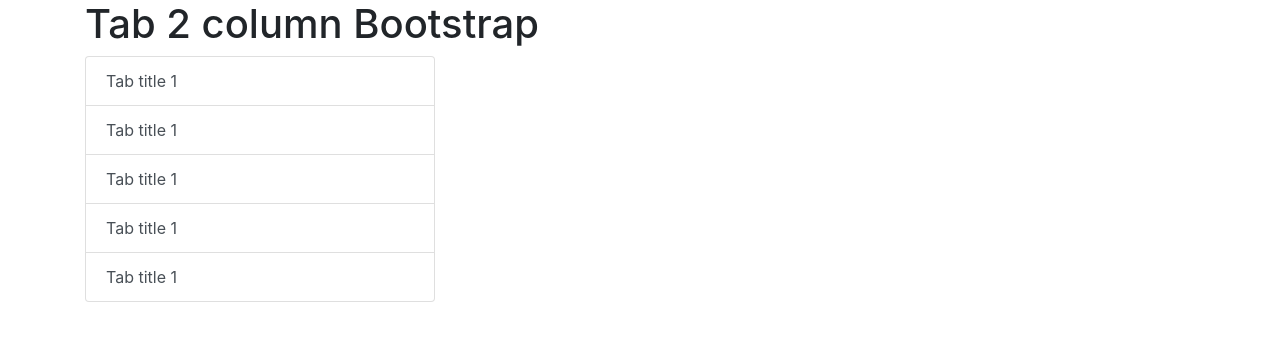
Repository: anhtu2110/front_end
Page: lesson/bootstrap/advance/5.21-tab-2-column.html
These files come from the project's save history. The page is drawn as it stood at one moment and after the next save; the edit follows.
The browser window is 1280 px wide. The pictures show the whole page.

Above is the page before, as saved 2022-12-18 18:27:37.

After the next save:
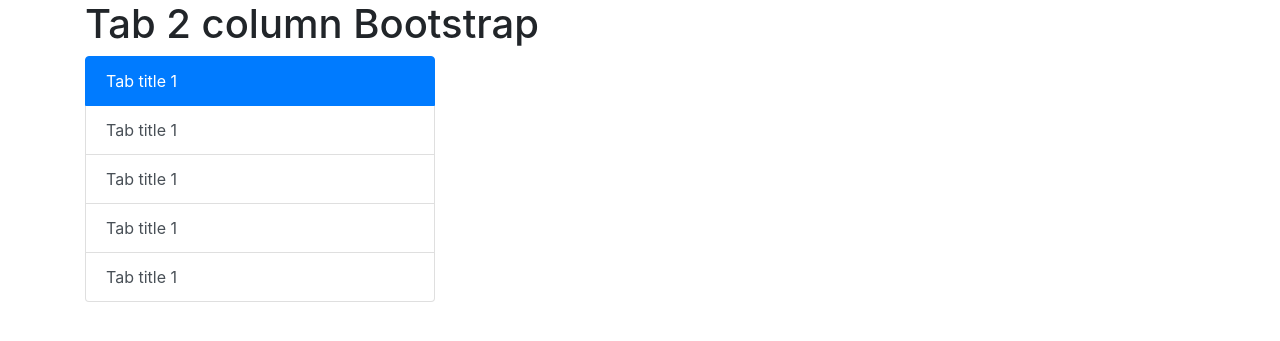
Saved 22 s later.
--- a/lesson/bootstrap/advance/5.21-tab-2-column.html
+++ b/lesson/bootstrap/advance/5.21-tab-2-column.html
@@ -19,7 +19,7 @@
         <div class="row">
             <div class="col-md-4">
                 <div class="list-group">
-                    <a href="#tab-1" class="list-group-item list-group-item-action">Tab title 1</a>
+                    <a href="#tab-1" class="list-group-item list-group-item-action active">Tab title 1</a>
                     <a href="#tab-2" class="list-group-item list-group-item-action">Tab title 1</a>
                     <a href="#tab-3" class="list-group-item list-group-item-action">Tab title 1</a>
                     <a href="#tab-4" class="list-group-item list-group-item-action">Tab title 1</a>
